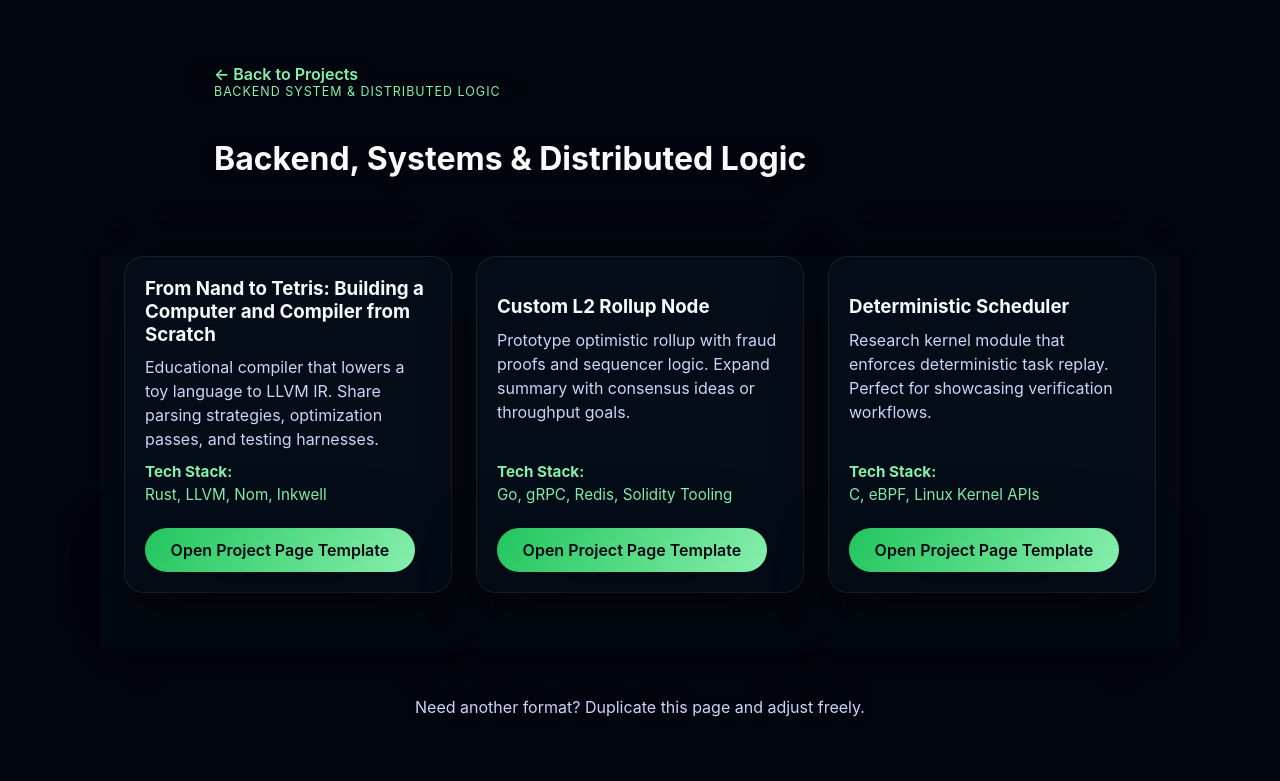
Repository: Abdulaziz-04/Abdulaziz-04.github.io
Page: projects/backend_systems.html
These files come from the project's save history. The page is drawn as it stood at one moment and after the next save; the edit follows.
The browser window is 1280 px wide. The pictures show the whole page.

Above is the page before, as saved 2025-11-20 22:13:30.

### projects/backend_systems.html
<!DOCTYPE html>
<html lang="en">
  <head>
    <meta charset="UTF-8" />
    <meta name="viewport" content="width=device-width, initial-scale=1" />
    <title>Backend, Systems &amp; Distributed Logic | Projects</title>
    <link rel="stylesheet" href="../assets/css/styles.css" />
  </head>
  <body class="category-page">
    <header class="category-hero">
      <a class="category-back" href="../index.html#projects"
        >&larr; Back to Projects</a
      >
      <a class="category-pill" href="../index.html#projects"
        >Backend System &amp; Distributed Logic</a
      >
      <br />
      <h1>Backend, Systems &amp; Distributed Logic</h1>
    </header>
    <main class="section category-section">
      <div class="project-modal-grid">
        <article class="project-modal-card">
          <div class="project-modal__body">
            <h3>
              From Nand to Tetris: Building a Computer and Compiler from Scratch
            </h3>
            <p class="project-modal__summary">
              Educational compiler that lowers a toy language to LLVM IR. Share
              parsing strategies, optimization passes, and testing harnesses.
            </p>
            <p class="project-modal__tech">
              <strong>Tech Stack:</strong> Rust, LLVM, Nom, Inkwell
            </p>
            <div class="project-modal__actions">
              <a
                class="btn primary"
                href="../deepdives/backend_systems/nand2tetris/nand2tetris.html"
                >Open Project Page Template</a
              >
            </div>
          </div>
        </article>

        <article class="project-modal-card">
          <div class="project-modal__body">
            <h3>Custom L2 Rollup Node</h3>
            <p class="project-modal__summary">
              Prototype optimistic rollup with fraud proofs and sequencer logic.
              Expand summary with consensus ideas or throughput goals.
            </p>
            <p class="project-modal__tech">
              <strong>Tech Stack:</strong> Go, gRPC, Redis, Solidity Tooling
            </p>
            <div class="project-modal__actions">
              <a class="btn primary" href="project-template.html"
                >Open Project Page Template</a
              >
            </div>
          </div>
        </article>

        <article class="project-modal-card">
          <div class="project-modal__body">
            <h3>Deterministic Scheduler</h3>
            <p class="project-modal__summary">
              Research kernel module that enforces deterministic task replay.
              Perfect for showcasing verification workflows.
            </p>
            <p class="project-modal__tech">
              <strong>Tech Stack:</strong> C, eBPF, Linux Kernel APIs
            </p>
            <div class="project-modal__actions">
              <a class="btn primary" href="project-template.html"
                >Open Project Page Template</a
              >
            </div>
          </div>
        </article>
      </div>
    </main>
    <footer class="category-footer">
      <p>Need another format? Duplicate this page and adjust freely.</p>
    </footer>
  </body>
</html>

### assets/css/styles.css
:root {
  --bg: #030a13;
  --bg-alt: #050f1f;
  --panel: #071425;
  --panel-soft: rgba(34, 197, 94, 0.08);
  --accent: #22c55e;
  --accent-strong: #86efac;
  --text: #f8fafc;
  --muted: #cbd5f5;
  --border: rgba(255, 255, 255, 0.08);
  --radius: 18px;
  --shadow: 0 25px 70px rgba(1, 8, 4, 0.55);
}

* {
  box-sizing: border-box;
}

body {
  margin: 0;
  min-height: 100vh;
  font-family: "Inter", "Segoe UI", system-ui, -apple-system, BlinkMacSystemFont,
    sans-serif;
  color: var(--text);
  background: radial-gradient(circle at 15% 35%, rgba(34, 197, 94, 0.15), transparent 45%),
    radial-gradient(circle at 80% 0%, rgba(134, 239, 172, 0.2), transparent 35%),
    #020718;
  scroll-behavior: smooth;
  padding-top: 0;
}

.modal-open {
  overflow: hidden;
}

main {
  background: var(--bg);
}

.section {
  max-width: 1080px;
  margin: 0 auto;
  padding: 3.5rem 1.5rem;
}

.site-header {
  margin: 0;
  padding: clamp(4rem, 12vw, 6rem) clamp(1.5rem, 6vw, 4rem) 3.5rem;
  background: linear-gradient(135deg, rgba(5, 18, 12, 0.9), rgba(3, 10, 19, 0.85)),
    radial-gradient(circle at top left, rgba(34, 197, 94, 0.25), transparent 55%);
  box-shadow: inset 0 1px 0 rgba(255, 255, 255, 0.05);
  min-height: 85vh;
  display: flex;
  align-items: center;
}

.hero-header {
  margin-top: 0;
  padding-top: clamp(4.5rem, 12vw, 7rem);
}

.top-nav {
  position: fixed;
  top: 0;
  left: 0;
  width: 100%;
  padding: 0.75rem clamp(1.25rem, 6vw, 4rem);
  background: rgba(4, 9, 20, 0.95);
  border-bottom: 1px solid rgba(255, 255, 255, 0.05);
  backdrop-filter: blur(14px);
  display: flex;
  align-items: center;
  justify-content: space-between;
  gap: 1rem;
  z-index: 50;
}

.top-nav__brand {
  font-size: 0.85rem;
  letter-spacing: 0.3em;
  text-transform: uppercase;
  color: var(--muted);
}

.top-nav__links {
  display: flex;
  align-items: center;
  gap: 0.9rem;
  flex-wrap: wrap;
}

.nav-link {
  text-decoration: none;
  color: var(--muted);
  font-weight: 600;
  letter-spacing: 0.08em;
  text-transform: uppercase;
  padding: 0.4rem 0.85rem;
  border-radius: 999px;
  transition: color 0.2s ease, background 0.2s ease;
}

.nav-link:hover {
  color: var(--text);
}

.nav-link.active {
  background: var(--accent);
  color: #03140c;
}

.hire-btn {
  cursor: pointer;
  background: var(--accent);
  color: black;
  padding: 0.95rem 2.4rem;
  font-size: 1.1rem;
  font-weight: 700;
  border: none;
  border-radius: 999px;
  box-shadow: 0 12px 28px rgba(34, 197, 94, 0.35);
}

.hero-grid {
  display: grid;
  grid-template-columns: minmax(0, 1.4fr) minmax(220px, 320px);
  gap: clamp(2rem, 4vw, 3.5rem);
  width: 100%;
  align-items: start;
}

.hero-text h1 {
  font-size: clamp(2.5rem, 5vw, 3.8rem);
  margin: 0.2rem 0 0.8rem;
}

.hero-lede {
  color: var(--muted);
  font-size: 1.05rem;
  max-width: 560px;
  line-height: 1.6;
}

.eyebrow {
  text-transform: uppercase;
  color: var(--accent-strong);
}

.hero-summary {
  margin: 1.5rem 0 1.75rem;
  color: var(--muted);
}

.summary-list {
  font-size: large;
  margin: 0;
  padding-left: 1.5rem;
}

.summary-list li {
  margin-bottom: 0.55rem;
  line-height: 1.5;
}

.hero-actions {
  display: flex;
  flex-wrap: wrap;
  gap: 1rem;
  width: 100%;
}

.hero-actions .hire-btn {
  padding: 1.1rem 2.8rem;
  font-size: 1.2rem;
}

.btn {
  display: inline-flex;
  align-items: center;
  justify-content: center;
  gap: 0.4rem;
  padding: 0.75rem 1.6rem;
  border-radius: 999px;
  text-decoration: none;
  font-weight: 600;
  transition: transform 0.2s ease, box-shadow 0.2s ease;
}

.btn.primary {
  background: linear-gradient(120deg, var(--accent), var(--accent-strong));
  color: #020714;
  box-shadow: var(--shadow);
}

.btn.secondary {
  border: 1px solid var(--accent);
  color: var(--accent-strong);
}

.btn:hover {
  transform: translateY(-2px);
}

.hero-photo {
  justify-self: center;
}

.hero-photo img {
  width: clamp(220px, 18vw, 280px);
  border-radius: 28px;
  border: 1px solid rgba(134, 239, 172, 0.2);
  box-shadow: 0 20px 60px rgba(0, 0, 0, 0.6);
  filter: saturate(1.05);
}

.section h2 {
  margin-top: 0;
  font-size: 2rem;
}

.experience-grid {
  display: grid;
  grid-template-columns: repeat(auto-fit, minmax(300px, 1fr));
  gap: 1.75rem;
}

.experience-title {
  display: flex;
  justify-content: space-between;
  align-items: center;
  gap: 1rem;
  font-size: 1.2rem;
}

.experience-title .role {
  color: var(--text); /* default text color */
  font-weight: 600;
}

.experience-title .org {
  color:#6DF9C9;
  white-space: nowrap;
}

.experience-card,
.project-card {
  background: linear-gradient(145deg, var(--panel), rgba(6, 14, 18, 0.9));
  border-radius: var(--radius);
  border: 1px solid var(--border);
  padding: 1.75rem;
  box-shadow: var(--shadow);
}

.timeline {
  border-left: 2px solid var(--border);
  margin-top: 1.25rem;
}

.timeline-item {
  padding-left: 1.75rem;
  margin-bottom: 1.75rem;
  position: relative;
}

.timeline-header {
  display: flex;
  justify-content: space-between;
  align-items: baseline;
  gap: 1rem;
}

.timeline-header h3 {
  margin: 0;
}

.education-title {
  display: flex;
  justify-content: space-between;
  gap: 0.75rem;
  align-items: baseline;
  flex-wrap: wrap;
}

.edu-gpa {
  color: var(--accent-strong);
  white-space: nowrap;
  font-size: 0.95rem;
}





.hire-modal {
  position: fixed;
  inset: 0;
  background: rgba(5, 9, 18, 0.8);
  display: flex;
  justify-content: center;
  align-items: center;
  z-index: 100;
}

.hire-modal[hidden] {
  display: none;
}

.hire-modal__panel {
  background: #050b16;
  border: 1px solid rgba(255, 255, 255, 0.08);
  border-radius: 22px;
  padding: 1.75rem;
  width: min(90%, 420px);
  box-shadow: 0 30px 80px rgba(0, 0, 0, 0.55);
  position: relative;
  color: var(--text);
}

.hire-modal__panel p {
  color: var(--muted);
}

.hire-modal__close {
  position: absolute;
  top: 0.5rem;
  right: 0.75rem;
  background: var(--accent);
  color: #02120b;
  border: none;
  font-size: 1.35rem;
  font-weight: 700;
  cursor: pointer;
  width: 2.25rem;
  height: 2.25rem;
  border-radius: 999px;
  display: inline-flex;
  align-items: center;
  justify-content: center;
  line-height: 1;
}

.hire-options {
  display: flex;
  flex-direction: column;
  gap: 0.75rem;
  margin-top: 1rem;
}

.hire-option {
  display: flex;
  justify-content: space-between;
  align-items: center;
  padding: 0.85rem 1rem;
  border-radius: 1rem;
  text-decoration: none;
  color: var(--text);
  border: 1px solid rgba(255, 255, 255, 0.08);
  background: rgba(255, 255, 255, 0.02);
  transition: background 0.2s ease, transform 0.2s ease;
}

.hire-option:hover {
  background: rgba(34, 197, 94, 0.18);
  transform: translateY(-2px);
}

.hire-option small {
  color: var(--muted);
  letter-spacing: 0.04em;
}

.hire-modal__action {
  margin-top: 1.5rem;
  width: 100%;
  text-align: center;
}

.timeline-item::before {
  content: "";
  width: 11px;
  height: 11px;
  border-radius: 999px;
  background: var(--accent);
  box-shadow: 0 0 16px rgba(34, 197, 94, 0.8);
  position: absolute;
  left: -6px;
  top: 4px;
}

.timeline-date {
  font-size: 0.85rem;
  letter-spacing: 0.1em;
  text-transform: uppercase;
  color: var(--muted);
}

.course-dropdown {
  margin-top: 1.5rem;
}

.course-toggle {
  width: 100%;
  background: transparent;
  border: 1px solid rgba(255, 255, 255, 0.08);
  border-radius: var(--radius);
  padding: 0.75rem 1.1rem;
  color: var(--text);
  font: inherit;
  font-weight: 600;
  letter-spacing: 0.04em;
  display: flex;
  justify-content: space-between;
  align-items: center;
  cursor: pointer;
  transition: border-color 0.2s ease, transform 0.2s ease, box-shadow 0.2s ease;
}

.course-toggle:hover {
  border-color: rgba(134, 239, 172, 0.7);
  box-shadow: 0 0 20px rgba(34, 197, 94, 0.25);
  transform: translateY(-1px);
}

.course-toggle__icon {
  font-size: 1.1rem;
  line-height: 1;
  transition: transform 0.25s ease;
}

.course-toggle[aria-expanded='true'] .course-toggle__icon {
  transform: rotate(45deg);
}

.course-panel {
  margin-top: 1rem;
  border-left: 2px solid rgba(134, 239, 172, 0.3);
  padding-left: 1.25rem;
}

.course-panel[hidden] {
  display: none;
}

.course-panel__body h4 {
  margin-top: 1rem;
  margin-bottom: 0.5rem;
}

.certifications-list {
  display: grid;
  gap: 1rem;
  margin-top: 1rem;
}

#certifications {
  scroll-margin-top: 140px;
}

.cert-list {
  list-style: none;
  padding: 0;
  margin: 0;
  display: flex;
  flex-direction: column;
  gap: 0.75rem;
}

.cert-title {
  font-weight: 700;
}

.cert-meta {
  font-size: 0.95rem;
  color: var(--muted);
}

.loading-text,
.loading-error {
  color: var(--muted);
  font-style: italic;
}

.loading-error {
  color: #fda4af;
}

.project-card--featured {
  display: flex;
  flex-wrap: wrap;
  gap: 1.5rem;
}

.project-media img {
  max-width: 280px;
  border-radius: var(--radius);
  border: 1px solid rgba(34, 197, 94, 0.3);
}

.project-grid {
  display: grid;
  grid-template-columns: repeat(auto-fit, minmax(240px, 1fr));
  gap: 1.25rem;
  margin-top: 1rem;
}

.projects-overview .projects-lede {
  color: var(--muted);
  max-width: 760px;
  margin-bottom: 2rem;
}

.project-category-grid {
  display: grid;
  grid-template-columns: repeat(auto-fit, minmax(260px, 1fr));
  gap: 1.5rem;
  margin-top: 2rem;
}

.project-category-card {
  border: 1px solid var(--border);
  border-radius: var(--radius);
  padding: 1.75rem;
  background: rgba(7, 19, 33, 0.85);
  display: flex;
  flex-direction: column;
  gap: 0.75rem;
  box-shadow: 0 15px 40px rgba(0, 0, 0, 0.35);
  min-height: 260px;
}

.category-pill {
  text-transform: uppercase;
  letter-spacing: 0.08em;
  font-size: 0.78rem;
  color: var(--accent-strong);
  margin: 0;
  display: block;
  min-height: 2.2em;
  text-decoration: none;
  cursor: pointer;
}

.project-category-card h3 {
  margin: 0;
  line-height: 1.35;
  min-height: 3.2em;
}

.project-category-card > p:not(.category-pill) {
  margin: 0;
  line-height: 1.5;
  min-height: 4.4em;
}

.category-link {
  align-self: flex-start;
  margin-top: auto;
}

.category-page {
  background: #01050d;
  color: var(--text);
  min-height: 100vh;
  margin: 0;
}

.category-hero {
  max-width: 900px;
  margin: 0 auto;
  padding: 4rem 1.5rem 2rem;
  text-align: left;
}

.category-hero h1 {
  margin-top: 0.5rem;
}

.category-back {
  text-decoration: none;
  color: var(--accent-strong);
  font-weight: 600;
}

.category-section {
  padding-top: 0;
}

.category-description {
  color: var(--muted);
  max-width: 720px;
}

.project-modal-grid {
  display: grid;
  grid-template-columns: repeat(auto-fit, minmax(280px, 1fr));
  gap: 1.5rem;
  margin-top: 1.5rem;
  align-items: stretch;
  grid-auto-rows: 1fr;
}

.project-modal-card {
  border: 1px solid rgba(255, 255, 255, 0.08);
  border-radius: 20px;
  padding: 1.25rem;
  background: rgba(5, 13, 25, 0.95);
  display: flex;
  flex-direction: column;
  gap: 1rem;
  box-shadow: 0 20px 50px rgba(0, 0, 0, 0.45);
  height: 100%;
}

.project-modal__body {
  display: grid;
  grid-template-rows: auto 1fr auto auto;
  gap: 0.6rem;
  height: 100%;
}

.project-modal-card h3 {
  margin: 0;
  min-height: 2.6rem;
  display: flex;
  align-items: flex-end;
}

.project-modal__body h3,
.project-modal__body p {
  margin: 0;
}

.project-modal__summary {
  color: var(--muted);
  line-height: 1.5;
  min-height: 0;
}

.project-modal__tech {
  font-size: 0.95rem;
  color: var(--accent-strong);
  min-height: 2.4rem;
  line-height: 1.5;
}

.project-modal__tech strong,
.project-modal__tech b {
  display: block;
}

.project-modal__actions {
  display: flex;
  gap: 0.75rem;
  flex-wrap: wrap;
  margin-top: auto;
  padding-top: 0.75rem;
}

.category-footer {
  text-align: center;
  color: var(--muted);
  padding: 2rem 1rem 3rem;
}

.project-detail-page {
  background: #01050d;
  color: var(--text);
  margin: 0;
}

.detail-hero {
  max-width: 960px;
  margin: 0 auto;
  padding: 4rem 1.5rem 2rem;
}

.detail-summary {
  color: var(--muted);
  font-size: 1.1rem;
}

.detail-meta {
  list-style: none;
  padding: 0;
  margin: 1.5rem 0 0;
  display: flex;
  flex-wrap: wrap;
  gap: 1rem 2rem;
  color: var(--accent-strong);
}

.detail-content {
  padding-top: 0;
}

.home-page p,
.home-page li,
.home-page .course-panel__body {
  text-align: justify;
}

.home-page .projects-overview p,
.home-page .project-category-card p {
  text-align: left;
}

.project-detail-page p,
.project-detail-page li {
  text-align: justify;
}

.detail-section {
  margin-bottom: 2.5rem;
}

.detail-gallery {
  display: flex;
  flex-direction: column;
  gap: 1.5rem;
}

.detail-gallery .gallery-row {
  display: flex;
  flex-direction: column;
  gap: 1.75rem;
  align-items: center;
}

.detail-gallery .gallery-row--two {
  width: 100%;
  display: grid;
  grid-template-columns: repeat(auto-fit, minmax(280px, 1fr));
  gap: 1.25rem;
  align-items: start;
}

.detail-gallery .gallery-item {
  flex: 0 0 auto;
  max-width: 880px;
  margin: 0 auto;
  text-align: center;
}

.detail-gallery .gallery-item figcaption {
  text-align: center;
}

.detail-gallery .gallery-item img {
  display: block;
  width: 100%;
  height: auto;
  border-radius: 12px;
  border: 1px solid rgba(255, 255, 255, 0.08);
  margin: 0 auto;
  transform: none;
}

.detail-video {
  display: block;
  width: 100%;
  max-width: 720px;
  height: auto;
  margin: 0 auto;
  border-radius: 12px;
  border: 1px solid rgba(255, 255, 255, 0.08);
  background: #000;
}

.detail-gallery__grid {
  display: grid;
  grid-template-columns: repeat(auto-fit, minmax(240px, 1fr));
  gap: 1.25rem;
}

.detail-gallery__grid img {
  width: 100%;
  border-radius: 14px;
  border: 1px solid rgba(255, 255, 255, 0.08);
}

.detail-snippet pre {
  background: #020714;
  padding: 1.25rem;
  border-radius: 16px;
  border: 1px solid rgba(255, 255, 255, 0.08);
  overflow-x: auto;
}

.code-emphasis {
  font-size: 1.4em;
}

.skills-list {
  display: flex;
  flex-wrap: wrap;
  gap: 0.65rem;
}

.skill-pill {
  --pill-bg: rgba(148, 163, 184, 0.15);
  --pill-color: #f8fafc;
  --pill-icon: rgba(255, 255, 255, 0.85);
  display: inline-flex;
  align-items: center;
  gap: 0.4rem;
  padding: 0.45rem 0.9rem;
  border-radius: 0.85rem;
  background: var(--pill-bg);
  color: var(--pill-color);
  font-size: 0.78rem;
  font-weight: 700;
  letter-spacing: 0.05em;
  text-transform: uppercase;
  border: 1px solid rgba(255, 255, 255, 0.06);
  box-shadow: 0 6px 14px rgba(0, 0, 0, 0.25);
}

.skill-pill i {
  font-size: 1rem;
  color: var(--pill-icon);
}

.site-footer {
  text-align: center;
  display: flex;
  justify-content: center;
  padding: 2.5rem 1rem 3rem;
  color: var(--muted);
  border-top: 1px solid var(--border);
  background: linear-gradient(180deg, rgba(5, 9, 18, 0.98), rgba(2, 7, 24, 0.95));
  margin-top: 0;
  box-shadow: 0 -18px 45px rgba(0, 0, 0, 0.45);
}

.site-footer p {
  margin: 0;
}

@media (max-width: 1024px) {
  .hero-grid {
    grid-template-columns: 1fr;
    text-align: center;
  }

  .hero-photo {
    order: -1;
  }

  .top-nav {
    flex-direction: column;
    align-items: flex-start;
    gap: 0.5rem;
  }

  .top-nav__links {
    width: 100%;
    justify-content: flex-start;
    gap: 0.5rem;
  }

  .hire-btn {
    width: 100%;
    text-align: center;
  }
}

@media (max-width: 640px) {
  .hero-header {
    padding-top: 9rem;
  }

  .experience-title {
    flex-direction: column;
    align-items: flex-start;
    gap: 0.35rem;
    font-size: 1.05rem;
  }

  .experience-title .org {
    white-space: normal;
    width: 100%;
  }
}


/* Medium size for first GIF */
.gallery-item--medium {
  text-align: center;
}

.gallery-item--medium img {
  max-width: 720px;
  width: 100%;
  height: auto;
  display: block;
  margin: 0 auto;
}

.gallery-item figcaption {
  margin-top: 0.95rem;
  color: var(--muted);
  line-height: 1.5;
}

.hero-screens {
  display: flex;
  flex-wrap: wrap;
  justify-content: center;
  align-items: flex-start;
  gap: 1.25rem;
}

.hero-screens .gallery-item {
  max-width: 220px;
  width: 100%;
  display: flex;
  flex-direction: column;
  align-items: center;
}

.hero-screens .gallery-item img {
  width: 100%;
  height: 420px;
  display: block;
  margin: 0 auto;
  object-fit: contain;
}

.hero-screens .gallery-item figcaption {
  text-align: center;
  margin-top: 0.75rem;
}


a {
  color: #b6f5c9;
}

a:hover {
  color: #8ef0af;
}

After the next save:
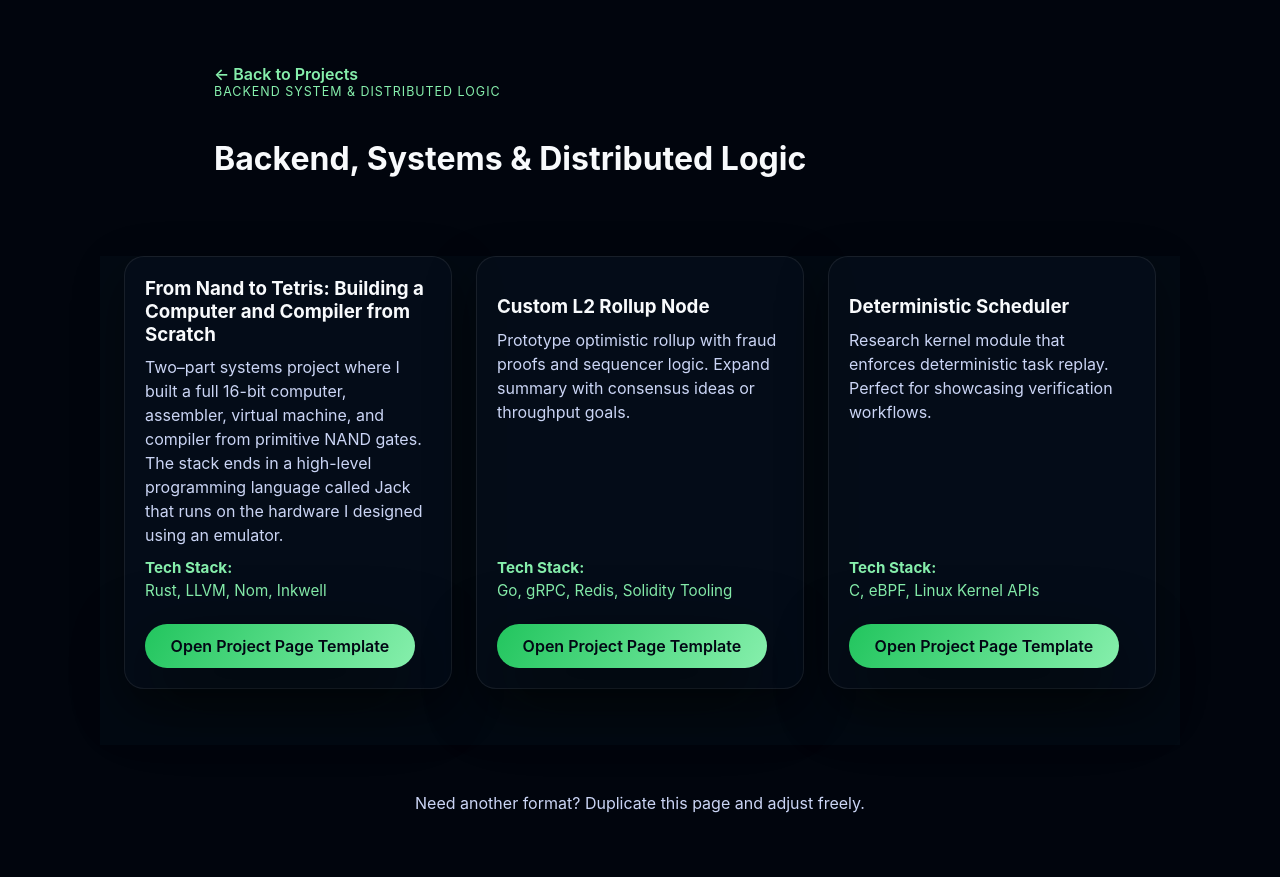
Saved 16 s later.
--- a/projects/backend_systems.html
+++ b/projects/backend_systems.html
@@ -25,8 +25,10 @@
               From Nand to Tetris: Building a Computer and Compiler from Scratch
             </h3>
             <p class="project-modal__summary">
-              Educational compiler that lowers a toy language to LLVM IR. Share
-              parsing strategies, optimization passes, and testing harnesses.
+              Two–part systems project where I built a full 16-bit computer,
+              assembler, virtual machine, and compiler from primitive NAND
+              gates. The stack ends in a high-level programming language called
+              Jack that runs on the hardware I designed using an emulator.
             </p>
             <p class="project-modal__tech">
               <strong>Tech Stack:</strong> Rust, LLVM, Nom, Inkwell
